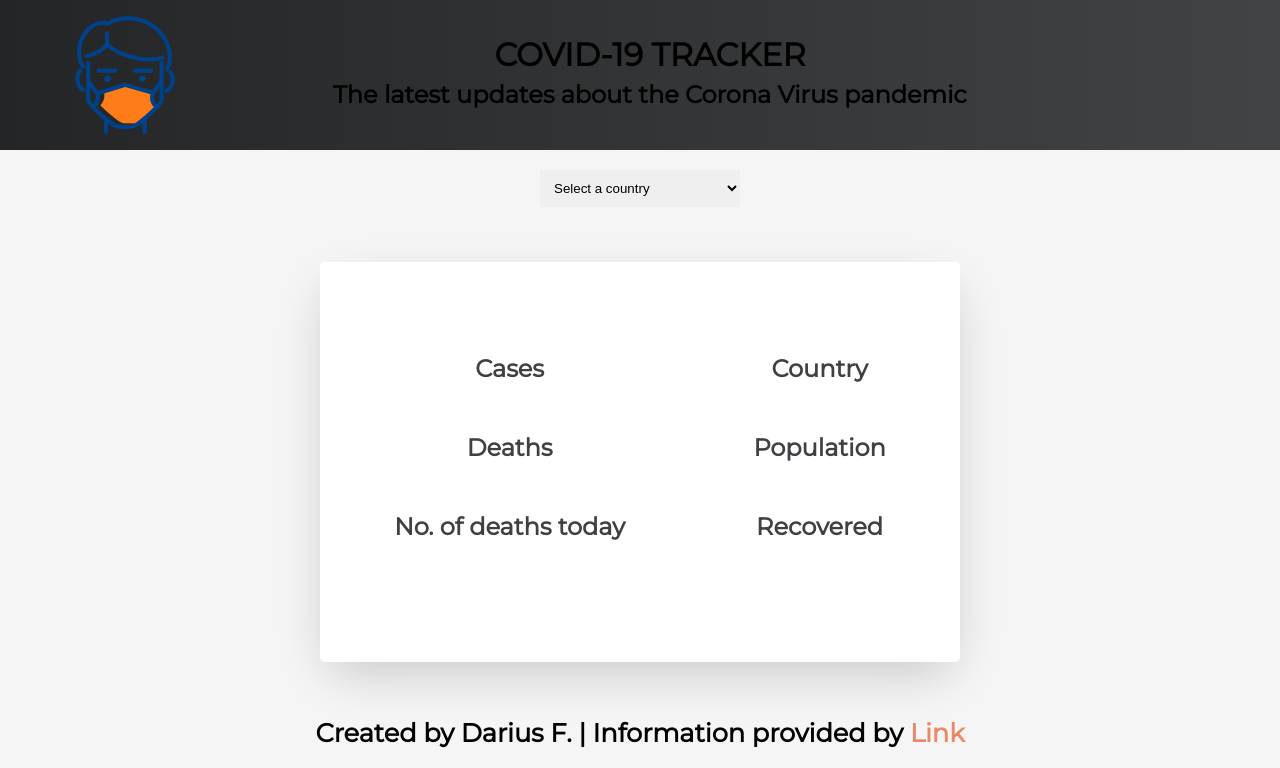
Repository: dariusfarcasanu/Covid-Tracker
Page: index.html
These files come from the project's save history. The page is drawn as it stood at one moment and after the next save; the edit follows.
The browser window is 1280 px wide. The pictures show the whole page.
The page's requests for data from a server got no answer.

Above is the page before, as saved 2021-05-12 16:24:24.

After the next save:
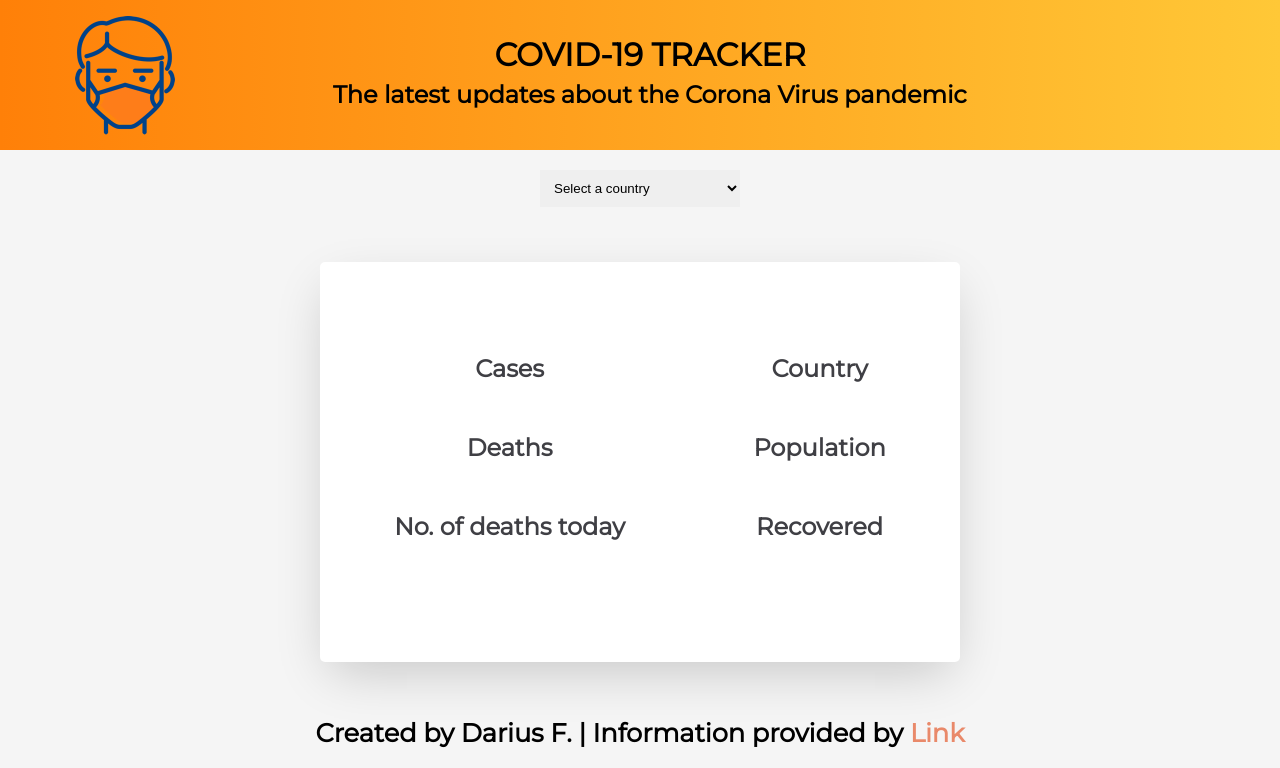
Saved 30 s later.
--- a/styles.css
+++ b/styles.css
@@ -24,7 +24,7 @@ h3 {
 header {
   /* background: linear-gradient(to right, #ff9068, #fd746c); */
 
-  background: linear-gradient(to right, #232526, #414345);
+  background: linear-gradient(to right, #ff8008, #ffc837);
 
   text-align: center;
   line-height: 2.5rem;
